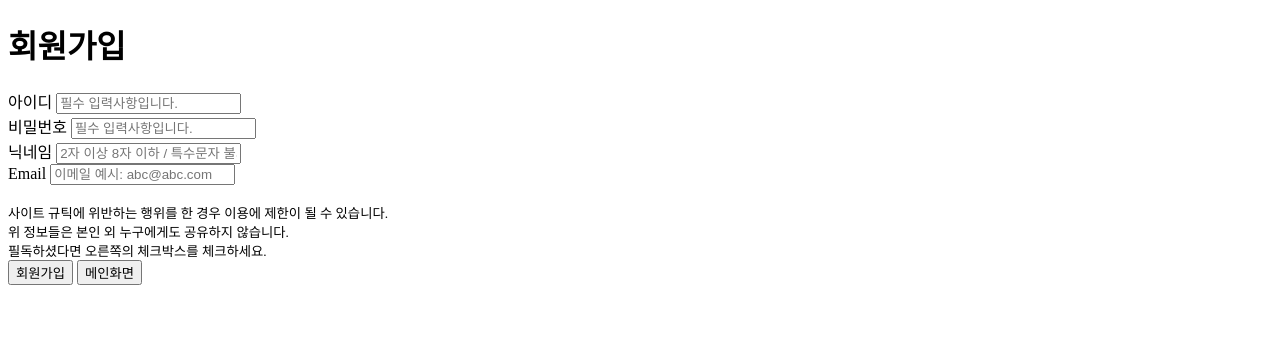
Repository: Gansaw/Airport_Portal
Page: http://localhost/signup
These files come from the project's save history. The page is drawn as it stood at one moment and after the next save; the edit follows.
The browser window is 1280 px wide. The pictures show the whole page.
The page is this project's Thymeleaf template; nobody is signed in. The template is opened directly, without the code that normally fills it, so the values that code supplies are empty.

Above is the page before, as saved 2023-07-27 07:01:37.

After the next save:
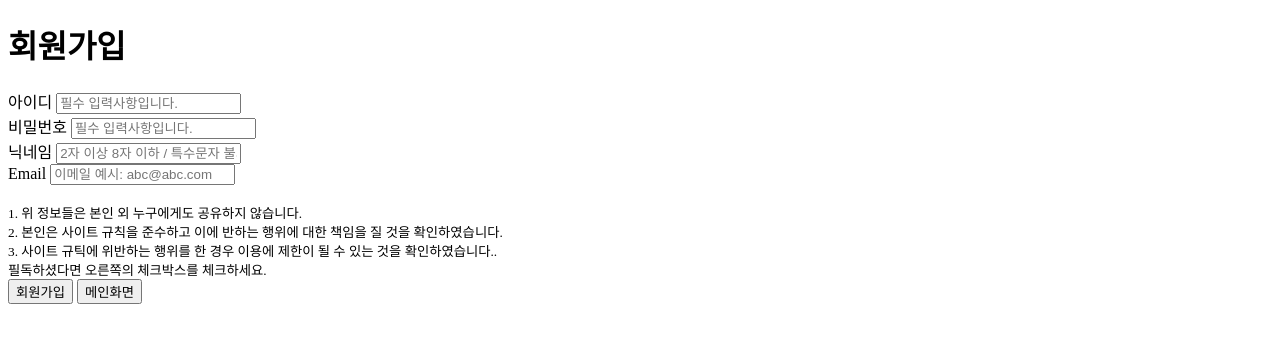
Saved 85 s later.
--- a/WebServiceDevelop/WebProject/src/main/resources/templates/signup.html
+++ b/WebServiceDevelop/WebProject/src/main/resources/templates/signup.html
@@ -26,8 +26,9 @@
 			<label for="email">Email</label>
 			<input type="email" id="email" name="email" placeholder="이메일 예시: abc@abc.com" required> <br/> <br/>
 
-			<small>사이트 규틱에 위반하는 행위를 한 경우 이용에 제한이 될 수 있습니다.</small><br/>
-			<small>위 정보들은 본인 외 누구에게도 공유하지 않습니다.</small><br/>
+			<small>1. 위 정보들은 본인 외 누구에게도 공유하지 않습니다.</small><br/>
+			<small>2. 본인은 사이트 규칙을 준수하고 이에 반하는 행위에 대한 책임을 질 것을 확인하였습니다.</small><br/>
+			<small>3. 사이트 규틱에 위반하는 행위를 한 경우 이용에 제한이 될 수 있는 것을 확인하였습니다..</small><br/>
 			<small>필독하셨다면 오른쪽의 체크박스를 체크하세요.</small><br/>
 
 			<button type="submit">회원가입</button>
